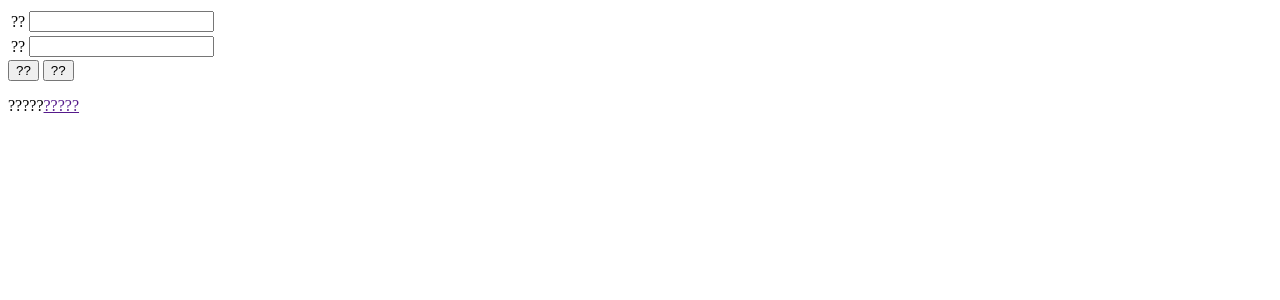
Repository: maypast/AddressBook
Page: http://localhost/AddressBook/login1.jsp
These files come from the project's save history. The page is drawn as it stood at one moment and after the next save; the edit follows.
The browser window is 1280 px wide. The pictures show the whole page.
The page is served by Tomcat 9.

Above is the page before, as saved 2018-06-14 08:31:32.

### AddressBook/WebContent/login1.jsp
<%@ page language="java" contentType="text/html; charset=ISO-8859-1"
    pageEncoding="UTF-8"%>
<!DOCTYPE html PUBLIC "-//W3C//DTD HTML 4.01 Transitional//EN" "http://www.w3.org/TR/html4/loose.dtd">
<html>
<head>
<meta http-equiv="Content-Type" content="text/html; charset=ISO-8859-1">
<title>用户登录</title>
</head>
<body>
<form action="">
<table>
<tr>
<td>账户</td>
<td><input type="text"></td>
</tr>
<tr>
<td>密码</td>
<td><input type="password"></td>
</tr>
</table>
<input type="submit" value="登录">
<input type="button" value="注册">
</form>
<p>是管理员？<a href=>管理员登录</a></p>
</body>
</html>

After the next save:
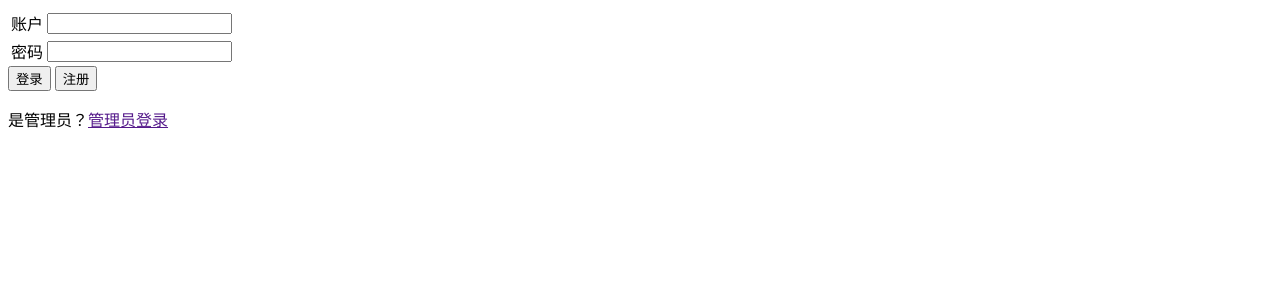
Saved 94 s later.
--- a/AddressBook/WebContent/login1.jsp
+++ b/AddressBook/WebContent/login1.jsp
@@ -1,9 +1,10 @@
-<%@ page language="java" contentType="text/html; charset=ISO-8859-1"
+<%@ page language="java" contentType="text/html; charset=UTF-8"
     pageEncoding="UTF-8"%>
-<!DOCTYPE html PUBLIC "-//W3C//DTD HTML 4.01 Transitional//EN" "http://www.w3.org/TR/html4/loose.dtd">
-<html>
+    <%@ taglib prefix="s" uri="/struts-tags" %>
+<!DOCTYPE HTML PUBLIC "-//W3C//DTD HTML 4.01 Frameset//EN" "http://www.w3c.org/TR/1999/REC-html401-19991224/frameset.dtd">
+<html xmlns="http://www.w3.org/1999/xhtml">
 <head>
-<meta http-equiv="Content-Type" content="text/html; charset=ISO-8859-1">
+<meta http-equiv=Content-Type content="text/html; charset=utf-8">
 <title>用户登录</title>
 </head>
 <body>
